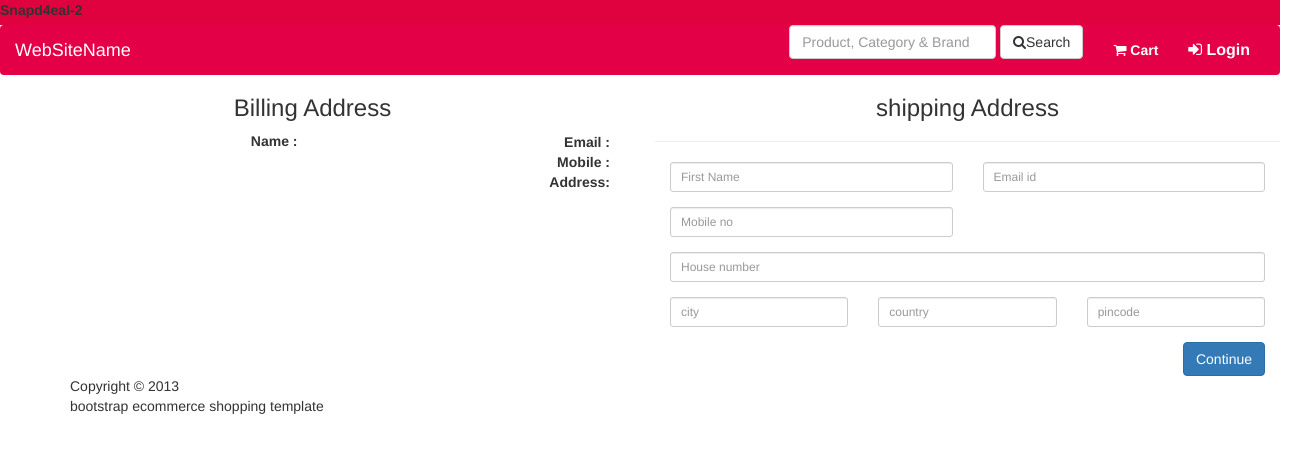
Repository: Aryans26/project
Page: http://localhost/frontend/WEB-INF/views/addressorder.jsp
An editor plug-in stored every save of this project. The page is shown before and after the next save, followed by the edit.
The browser window is 1280 px wide. The page is 1295 px wide, then 1280 px, so the pictures cover 1295 px, including what lies to the right of the window. The pictures show the whole page.
Some web libraries are served in a nearby version. The page is served by Tomcat 9. Nobody is signed in. Other server files are loaded and not shown. The template is opened directly, without the code that normally fills it, so the values that code supplies are empty.

Above is the page before, as saved 2017-06-21 09:30:31.

### frontend/src/main/webapp/WEB-INF/views/addressorder.jsp
<%@ taglib prefix="c" uri="http://www.springframework.org/tags"%>
<%@ taglib prefix="form" uri="http://www.springframework.org/tags/form"%>
<!doctype html>
<html>
<head>
<c:url value="/resource" var="res" />

<!-- <link rel="stylesheet" ref="https://maxcdn.bootstrapcdn.com/bootstrap/3.3.7/css/bootstrap.min.css"> -->
<script
	src="https://ajax.googleapis.com/ajax/libs/jquery/3.2.1/jquery.min.js"></script>
<script
	src="https://maxcdn.bootstrapcdn.com/bootstrap/3.3.7/js/bootstrap.min.js"></script>
<link rel="stylesheet" href="${res}/css/bootstrap.min.css" />
<link rel="stylesheet" href="${res}/css/style.css" />
<link rel="stylesheet" href="${res}/css/font-awesome/css/font-awesome.min.css" />

</head>
<body>
	<%@include file="navbar.jsp"%>
	<div class="border-radius">

	<div class="row">

	<div class="col-md-6 col-sm-6 col-xs-12 billing-add">
		<h3 class="text-center">Billing Address</h3>
		<div class="col-md-6 col-sm-6 b-r"><b>Name :</b></div><div class="col-md-6 col-sm-6">${user.getU_name()} </div>
		<div class="col-md-6 col-sm-6 b-r"><b>Email :</b></div><div class="col-md-6 col-sm-6">${user.getU_email()}</div>
		<div class="col-md-6 col-sm-3 b-r"><b>Mobile :</b></div><div class="col-md-6 col-sm-6">${user.getU_phoneno()}</div>
		<div class="col-md-6 col-sm-6 b-r"><b>Address:</b></div><div class="col-md-6 col-sm-6">${billing.getHouse_no()}<br>
		${billing.getStreet_name()}<br>${billing.getCity()}<br>${billing.getState()}<br>${billing.getCountry()}<br>
		${billing.getPincode()}<br>
		</div>

	</div>


	<div class="col-md-6 shipping col-sm-6 col-xs-12">
		<h3 class="text-center">shipping Address</h3>

		<hr>
	<c:url value="/orderConfirm" var="a"/>
		<form:form action="${a}" method="post" commandName="shippingAddress">


		<div class="col-xs-6 col-sm-6 col-md-6">
			<div class="form-group">
				<form:input type="text" name="first_name" id="first_name" class="form-control input-sm" placeholder="First Name" path="Ship_name"/>
			</div>
		</div>
<!-- 		<div class="col-xs-6 col-sm-6 col-md-6"> -->
<!-- 			<div class="form-group"> -->
<%-- 				<form:input type="text" name="last_name" id="last_name" class="form-control input-sm" placeholder="Last Name" path="lastname"/>  --%>
<!-- 			</div> -->
<!-- 		</div> -->

		<div class="col-xs-6 col-sm-6 col-md-6">
			<div class="form-group">
				<form:input type="text" name="first_name" id="first_name" class="form-control input-sm" placeholder="Email id" path="Ship_email"/>
			</div>
		</div>
		<div class="col-xs-6 col-sm-6 col-md-6">
			<div class="form-group">
				<form:input type="text" name="Mobile_no" class="form-control input-sm" placeholder="Mobile no" path="Ship_mono"/>
		</div>
</div>
		<div class="col-xs-12 col-sm-12 col-md-12">
			<div class="form-group">
				<form:input type="text" class="form-control input-sm" placeholder="House number" path="Ship_houseno"/>

			</div>
		</div>

		<div class="col-xs-12 col-sm-4 col-md-4">
			<div class="form-group">
				<form:input type="text"	class="form-control input-sm" placeholder="city" path="Ship_city"/>
			</div>
		</div>
		<div class="col-xs-12 col-sm-4 col-md-4">
			<div class="form-group">
				<form:input type="text"	class="form-control input-sm" placeholder="country" path="Ship_country"/>
			</div>
		</div>

		<div class="col-xs-12 col-sm-4 col-md-4">
			<div class="form-group">
				<form:input type="text" class="form-control input-sm" placeholder="pincode" path="Ship_pincode" />
			</div>
		</div>

	<div class="col-md-12">
		<input type="submit" class="btn btn-primary pull-right" value="Continue">
	</div>
   </form:form>
</div>
</div>
</div>
<!--
Footer
-->

<!-- /container -->

<div class="copyright">
<div class="container">

	<span>Copyright &copy; 2013<br> bootstrap ecommerce shopping template</span>
</div>
</div>
<a href="#" class="gotop"><i class="icon-double-angle-up"></i></a>

  </body>
</html>

### frontend/src/main/webapp/WEB-INF/views/navbar.jsp
<%@ taglib prefix="c" uri="http://www.springframework.org/tags"%>
<%@ taglib prefix="form" uri="http://www.springframework.org/tags/form"%>
<%@ taglib prefix="security" uri="http://www.springframework.org/security/tags" %>
<%@ taglib prefix="c1" uri="http://java.sun.com/jsp/jstl/core"%>
<!DOCTYPE html >
<html>
<head>
<meta http-equiv="Content-Type" content="text/html; charset=ISO-8859-1">
<title>Insert title here</title>
</head>
<body>
	<div class="headder">
		<b>Snapd4eal-2</b>
	</div>

	<nav class="navbar navbar-default" style="color: white;">
		<div class="container-fluid">
			<div class="navbar-header">
				<button type="button" class="navbar-toggle" data-toggle="collapse" data-target="#myNavbar">
					<span class="icon-bar"></span> <span class="icon-bar"></span>
					<span class="icon-bar"></span>
				</button>
				<a class="navbar-brand" href="<c:url value="/"/>"
					style="color: white;">WebSiteName</a>
				<form class="navbar-form navbar-right visible-sm visible-xs">
					<div class="form-group">
						<input type="text" class="form-control"
							placeholder="Product, Category & Brand">
					</div>
					<button type="submit" class="btn btn-default">
						<i class="fa fa-search"></i>Search
					</button>

				</form>
			</div>
			<div class="collapse navbar-collapse" id="myNavbar">
			<c1:if test="${pageContext.request.userPrincipal.name!=null}">
			<security:authorize access="hasRole('ROLE_ADMIN')">
				<ul class="nav navbar-nav">
					<li style="color: white;"><a
						href="<c:url value="/category"/>">Add Category</a></li>
					<li style="color: white;"><a
						href="<c:url value="/addproduct"/>">Add Product</a></li>
					<li style="color: white;"><a
						href="<c:url value="/supplier"/>">Add Supplier</a></li>
<!-- 					<li style="color: white;"><a -->
<%-- 						href="<c:url value="/addcard"/>">Add Card</a></li> --%>

				</ul>
				</security:authorize>
				</c1:if>
				<ul class="nav navbar-nav navbar-right">
					<li><a href="<c:url value="/viewcart"/>"><i class="fa fa-shopping-cart"></i>
							Cart</a></li>

					<li class="dropdown"><a href="#" class="dropbtn"><span
							class="fa fa-sign-in"></span>
							<c1:if test="${pageContext.request.userPrincipal.name==null}"> Login </c1:if>
							 <c1:if test="${pageContext.request.userPrincipal.name!=null}">  Logout</c1:if></a>

						<div class="dropdown-content">
							<a href="#">your account</a>
							<a href="#">your orders</a>
							<c1:if test="${pageContext.request.userPrincipal.name==null}">

							<a href="<c:url value="/users"/>" class="hvr-reg-bordertop" > new user ?<br>
							<b>register</b></a>
<%-- <a href="<c:url value="/login"/>"><button type="button" class="btn btn-danger" style="width: 90%; margin: 10px;">Login</button></a> --%>
							<button type="button" class="btn btn-danger" data-toggle="modal"
								data-target="#myModal" style="width: 90%; margin: 10px;">Login</button>
								</c1:if>

								<c1:if test="${pageContext.request.userPrincipal.name!=null}">
					<a href="<c:url value="/j_spring_security_logout"/>"><button type="button" class="btn btn-danger" >Logout</button></a>
								</c1:if>
						</div></li>

				</ul>
				<form class="navbar-form navbar-right hidden-sm hidden-xs">
					<div class="form-group">
						<input type="text" class="form-control"
							placeholder="Product, Category & Brand">
					</div>
					<button type="submit" class="btn btn-default">
						<i class="fa fa-search"></i>Search
					</button>

				</form>

			</div>
		</div>
	</nav>


	<!-- Modal -->
	<div class="modal fade" id="myModal" role="dialog">
		<div class="modal-dialog modal-lg">
			<div class="modal-content">
				<div class="modal-header">
					<button type="button" class="close" data-dismiss="modal">&times;</button>
					<h4 class="modal-title">Login</h4>
				</div>
				<div class="modal-body">
				<c1:url value="/j_spring_security_check" var="a"/>
					<form role="form" method="post" action="${a} ">
						<div class="form-group">
				<label for="email">Email address:</label>
				<input type="email" class="form-control" id="email" name="j_username" placeholder="Email Id">
						</div>
						<div class="form-group">
				<label for="pwd">Password:</label>
				 <input type="password" class="form-control" id="pwd" name="j_password" placeholder="Password">
						</div>
						<div class="checkbox">
							<label><input type="checkbox"> Remember me</label>
						</div>
						<a class="cursor" data-dismiss="modal" data-toggle="modal"
							data-target="#myModal1">new User ? <b>register</b></a>
						<button type="submit" class="btn btn-success">Submit</button>
					</form>
				</div>
				<div class="modal-footer">
					<button type="button" class="btn btn-default" data-dismiss="modal">Close</button>
				</div>
			</div>
		</div>
	</div>

</body>
</html>

### frontend/src/main/webapp/resource/css/style.css
@charset "utf-8";
/* CSS Document */
.headder {
	min-height: 25px;
	background-color: #E0013F;
}

.navbar-default, .navbar-default li {
	background-color: #e40046;
	color: white;
}

.navbar-default li a {
	color: #FFF;
	font-weight: bold;
}

.navbar-nav li:hover, .navbar-nav li:focus, .navbar-nav li:active {
	background-color: #333;
}

.navbar-nav dropdown:hover {
	background-color: #333;
}

.dropbtn {
	color: white;
	padding: 16px;
	font-size: 16px;
	border: none;
	cursor: pointer;
}

.
.dropdown:hover {
	background-color: #333;
	color: white;
	padding: 16px;
	font-size: 16px;
	border: none;
	cursor: pointer;
}

.dropdown {
	position: relative;
	display: inline-block;
}

.dropdown-content {
	display: none;
	position: absolute;
	background-color: #333;
	min-width: 160px;
	right: 5px;
	box-shadow: 0px 8px 16px 0px rgba(0, 0, 0, 0.2);
	z-index: 1;
}

.dropdown-content a {
	color: black;
	font-size: 14px !important;
	font-weight: normal !important;
	text-align: center;
	padding: 12px 16px;
	text-decoration: none;
	display: block;
}

.dropdown-content a:hover {
	background-color: #000;
}

.dropdown:hover .dropdown-content {
	display: block;
}

.dropdown:hover .dropbtn {
	background-color: #333;
}

.dropdown-content .hvr-reg-bordertop {
	border-top: 1px solid #999;
	padding-top: 20px;
	margin-bottom: 0;
	padding-bottom: 0;
}

.cursor {
	cursor: pointer;
}

.form-fill{
	max-width:500px;
	box-shadow:2px 2px 8px  grey;
	padding:30px 20px;
	margin:10px auto;
	border-radius:10px;
}

.form-list-table{
	border:2px solid grey;
	box-shadow:4px 4px 8px grey;
	border-radius:10px;
}
.head3{
	color:#e40046;
	font-weight:bold;
	text-align:center;
	text-shadow:2px 2px 4px grey;
}

.items-list-head > div{
	Color:red;
	text-align:center;
	font-weight:bolder;
	font-size:20px;
}
.items-list > div{
	border-top:1px solid grey;
	line-height:40px;
	text-align:center;
	font-weight:bold;
}

.box-shadow{
	border-radius:10px;
	box-shadow:2px 2px 8px grey;
}

.list-head{
	font-size:16px;
	font-weight:bold;
	text-shadow:1px 1px 1px grey;
}

.billing-add .b-r{
	text-align:right;
}

Loaded but not shown: frontend/src/main/webapp/resource/css/bootstrap.min.css (library); frontend/src/main/webapp/resource/css/font-awesome/css/font-awesome.min.css (library)

After the next save:
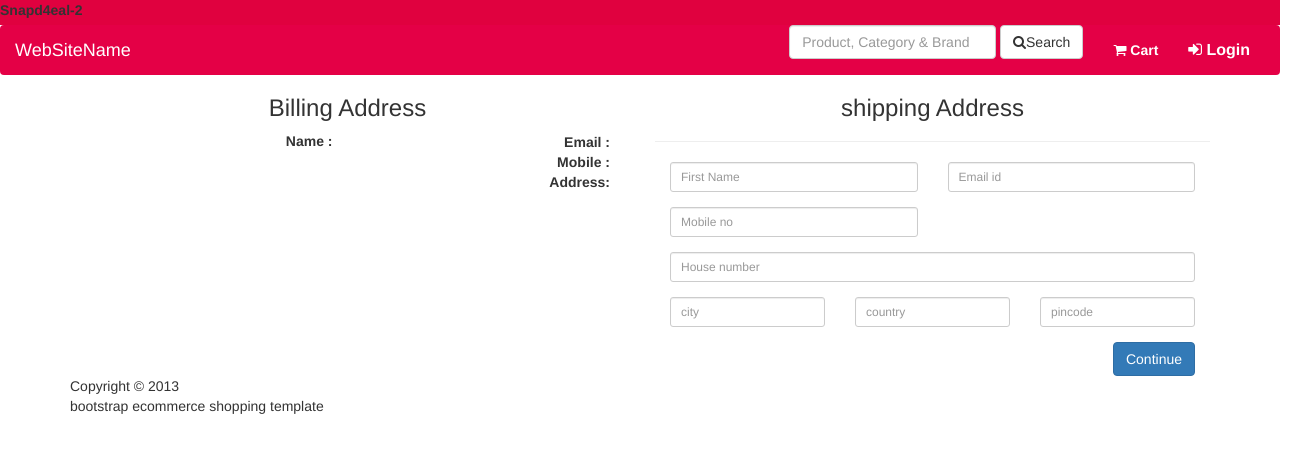
Saved 13 s later.
--- a/frontend/src/main/webapp/WEB-INF/views/addressorder.jsp
+++ b/frontend/src/main/webapp/WEB-INF/views/addressorder.jsp
@@ -17,7 +17,7 @@
 </head>
 <body>
 	<%@include file="navbar.jsp"%>
-	<div class="border-radius">
+	<div class="container border-radius">
 
 	<div class="row">
 
